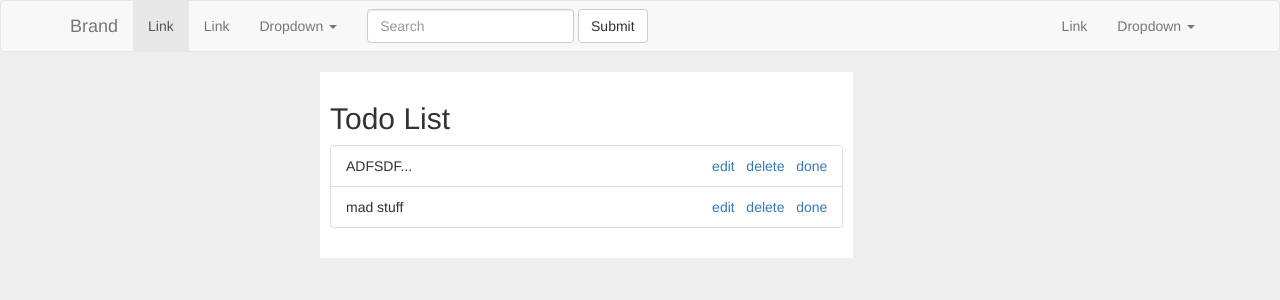
Repository: neoighodaro-articles/migrating-to-laravel
Page: http://localhost/pages/home.php?rel=add
An editor plug-in stored every save of this project. The page is shown before and after the next save, followed by the edit.
The browser window is 1280 px wide. The pictures show the whole page.
The page is run by PHP 8.4 with error messages shown; the project is at /var/www/html/. The database holds what the project's SQL file puts in it.

Above is the page before, as saved 2018-06-12 20:12:54.

### vanilla/pages/home.php
<?php require_once '../functions.php'; ?>
<!DOCTYPE html>
<html lang="en">
<head>
  <meta charset="UTF-8">
  <meta name="viewport" content="width=device-width, initial-scale=1.0">
  <meta http-equiv="X-UA-Compatible" content="ie=edge">
  <title>Todo Home</title>
  <link rel="stylesheet" href="https://maxcdn.bootstrapcdn.com/bootstrap/3.3.7/css/bootstrap.min.css" integrity="sha384-BVYiiSIFeK1dGmJRAkycuHAHRg32OmUcww7on3RYdg4Va+PmSTsz/K68vbdEjh4u" crossorigin="anonymous">
  <style>
    body {
      background: #EEE;
    }
  </style>
</head>
<body>
<nav class="navbar navbar-default">
  <div class="container">
    <!-- Brand and toggle get grouped for better mobile display -->
    <div class="navbar-header">
      <button type="button" class="navbar-toggle collapsed" data-toggle="collapse" data-target="#bs-example-navbar-collapse-1" aria-expanded="false">
        <span class="sr-only">Toggle navigation</span>
        <span class="icon-bar"></span>
        <span class="icon-bar"></span>
        <span class="icon-bar"></span>
      </button>
      <a class="navbar-brand" href="#">Brand</a>
    </div>

    <!-- Collect the nav links, forms, and other content for toggling -->
    <div class="collapse navbar-collapse" id="bs-example-navbar-collapse-1">
      <ul class="nav navbar-nav">
        <li class="active"><a href="#">Link <span class="sr-only">(current)</span></a></li>
        <li><a href="#">Link</a></li>
        <li class="dropdown">
          <a href="#" class="dropdown-toggle" data-toggle="dropdown" role="button" aria-haspopup="true" aria-expanded="false">Dropdown <span class="caret"></span></a>
          <ul class="dropdown-menu">
            <li><a href="#">Action</a></li>
            <li><a href="#">Another action</a></li>
            <li><a href="#">Something else here</a></li>
            <li role="separator" class="divider"></li>
            <li><a href="#">Separated link</a></li>
            <li role="separator" class="divider"></li>
            <li><a href="#">One more separated link</a></li>
          </ul>
        </li>
      </ul>
      <form class="navbar-form navbar-left">
        <div class="form-group">
          <input type="text" class="form-control" placeholder="Search">
        </div>
        <button type="submit" class="btn btn-default">Submit</button>
      </form>
      <ul class="nav navbar-nav navbar-right">
        <li><a href="#">Link</a></li>
        <li class="dropdown">
          <a href="#" class="dropdown-toggle" data-toggle="dropdown" role="button" aria-haspopup="true" aria-expanded="false">Dropdown <span class="caret"></span></a>
          <ul class="dropdown-menu">
            <li><a href="#">Action</a></li>
            <li><a href="#">Another action</a></li>
            <li><a href="#">Something else here</a></li>
            <li role="separator" class="divider"></li>
            <li><a href="#">Separated link</a></li>
          </ul>
        </li>
      </ul>
    </div><!-- /.navbar-collapse -->
  </div><!-- /.container-fluid -->

</nav>

  <div class="col-md-5 col-md-offset-3" style="background: #FFF;padding: 10px">
    <h2>Todo List</h2>

    <?php
      $query = $pdo->prepare('SELECT * FROM todos WHERE user_id=?');
      $query->execute(['abiodun@hotels.ng']);

      if( $query->rowCount() > 0 ):
    ?>
    <ul class="list-group">

     <?php while($fetch = $query->fetch()): ?>
      <li class="list-group-item">
        <?php echo $fetch['title'] ?>
        <span class="pull-right">
          <a href="#">edit</a> &nbsp;
          <a href="#">delete</a> &nbsp;
          <a href="#">done</a>
        </span>
      </li>
      <?php endwhile ?>
    </ul>
    <?php else: ?>
        <p>No Todos Available </p>
   <?php endif ?>
  </div>
</body>
</html>

### vanilla/functions.php
<?php
 $host = 'localhost';
 $dbname= 'vanilla';
 $user   = 'root';
 $pwd    = 'root';

 try{
   $pdo = new PDO('mysql:host='. $host. ';dbname='. $dbname, $user, $pwd);
  //  echo "connected";
 } catch(PDOException $e) {
   echo "Unable to connect" . $e->getMessage();
 }

### vanilla/vanilla.sql (the tables this page reads)
CREATE TABLE `todos` (
  `id` int(11) NOT NULL,
  `user_id` varchar(100) NOT NULL,
  `title` text NOT NULL,
  `completed` tinyint(1) NOT NULL,
  `created_at` timestamp NOT NULL DEFAULT CURRENT_TIMESTAMP
) ENGINE=InnoDB DEFAULT CHARSET=latin1;

INSERT INTO `todos` (`id`, `user_id`, `title`, `completed`, `created_at`) VALUES
(7, 'abiodun@hotels.ng', 'ADFSDF...', 0, '2018-06-12 21:06:20'),
(8, 'abiodun@hotels.ng', 'mad stuff', 0, '2018-06-12 21:06:28'),
(9, 'omotbaby100@gmail.com', 'testing stuff', 0, '2018-06-12 21:53:57'),
(10, 'omotbaby100@gmail.com', 'testing stuff two...', 0, '2018-06-12 21:54:06');

ALTER TABLE `todos`
  ADD PRIMARY KEY (`id`);

ALTER TABLE `todos`
  MODIFY `id` int(11) NOT NULL AUTO_INCREMENT, AUTO_INCREMENT=11;

After the next save:
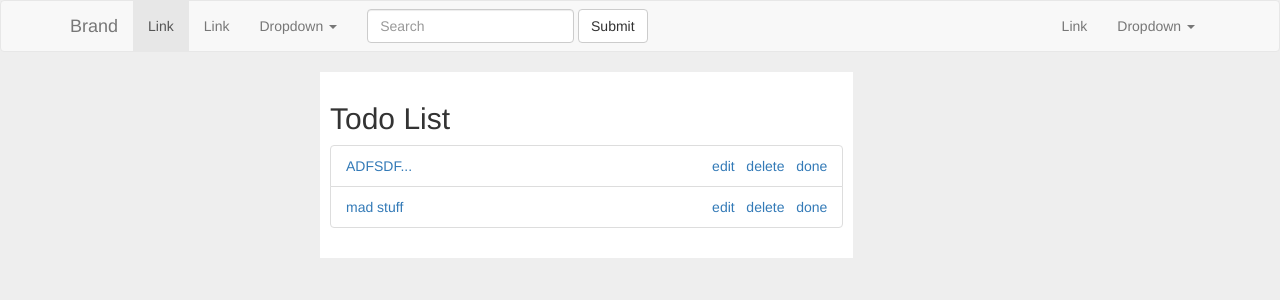
Saved 19 s later.
--- a/vanilla/pages/home.php
+++ b/vanilla/pages/home.php
@@ -82,7 +82,7 @@
 
      <?php while($fetch = $query->fetch()): ?>
       <li class="list-group-item">
-        <?php echo $fetch['title'] ?>
+        <a href="#"><?php echo $fetch['title'] ?></a>
         <span class="pull-right">
           <a href="#">edit</a> &nbsp;
           <a href="#">delete</a> &nbsp;
